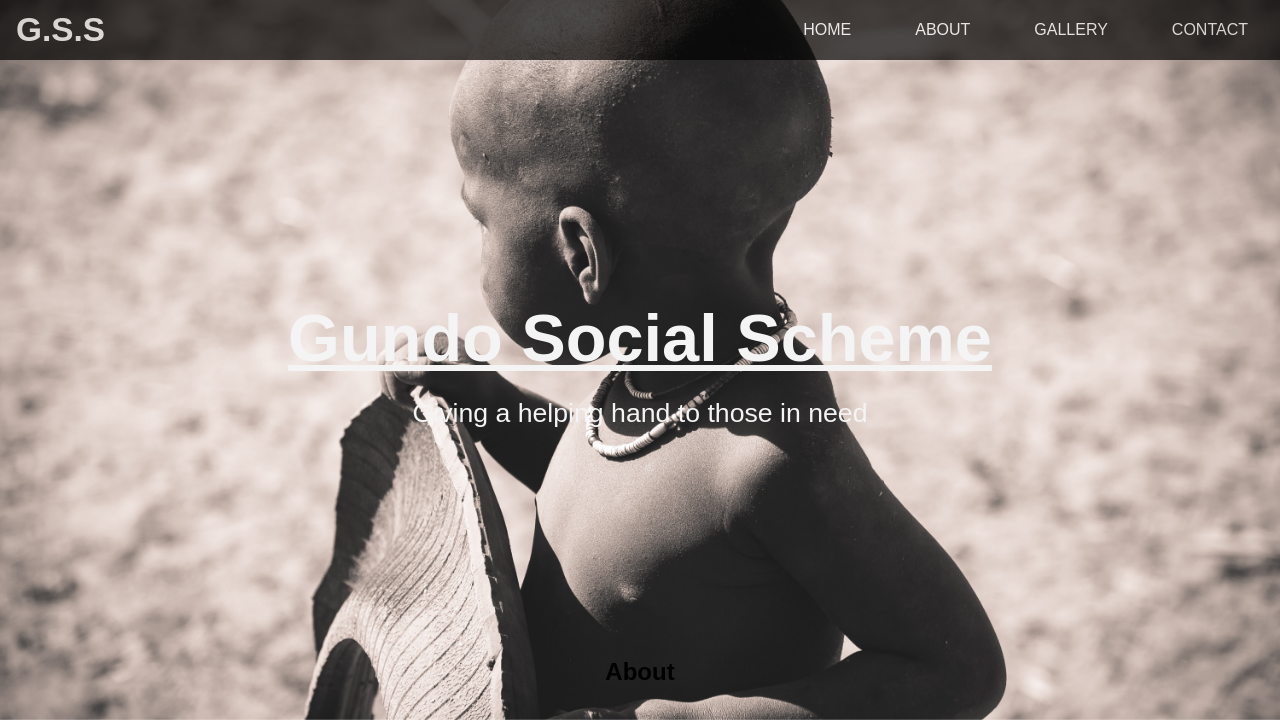
Repository: blessingNtoko/gss-basic_website
Page: index.html
The author's editor kept a copy of each file at every save. The page is drawn from the files as they stood at one save, then again after the next save.
The browser window is 1280 px wide. The pictures show the part of the page from y = 0 to 952 px (the page is 720 px tall before and 3522 px after).
Pictures or frames that could not be fetched are drawn as grey boxes. An inner scrolling area shows only its first screen. Backgrounds fixed to the window are drawn as part of the page.

Above is the page before, as saved 2020-05-13 19:46:30.

After the next save:
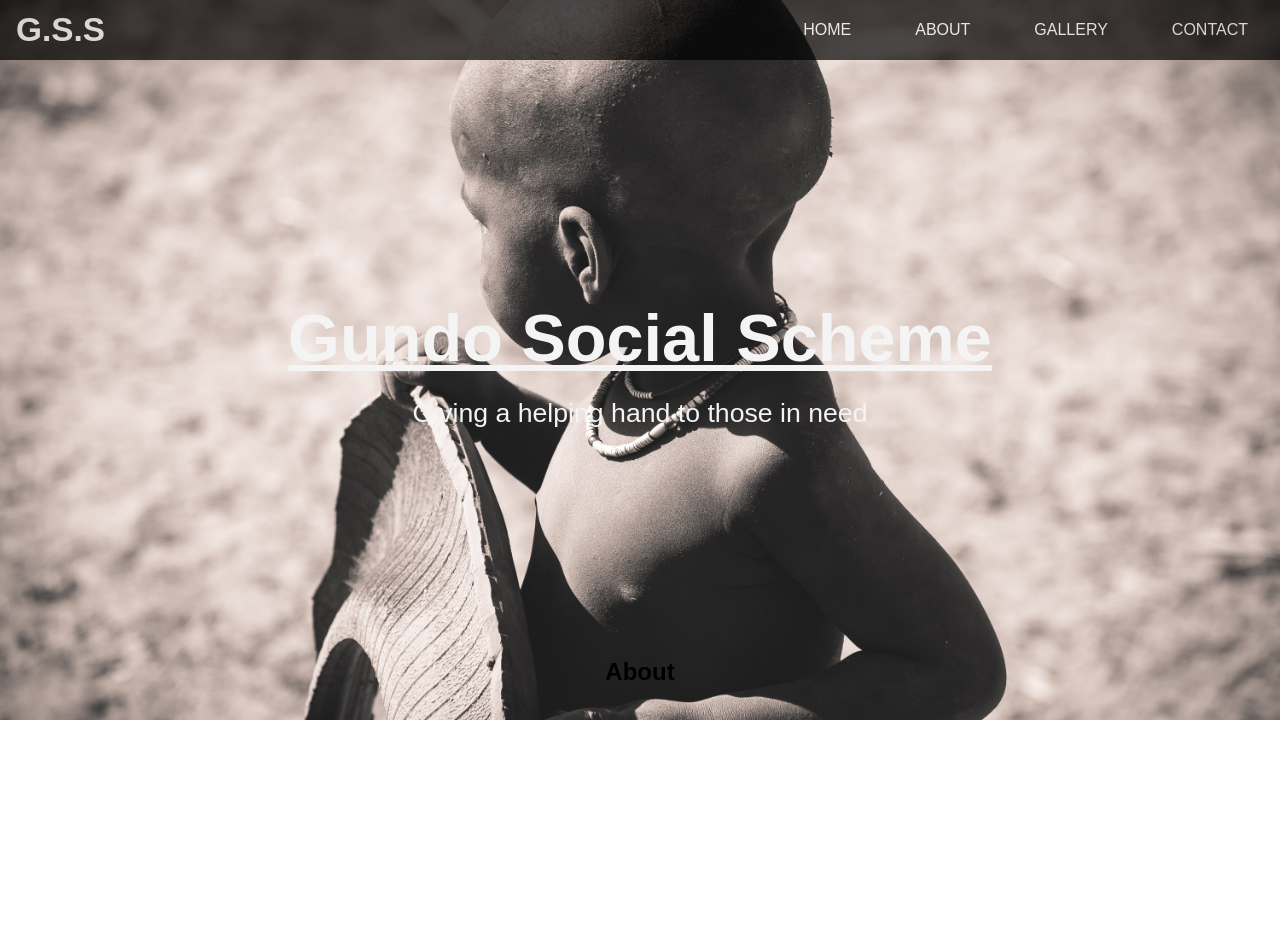
Saved 12 s later.
--- a/style.css
+++ b/style.css
@@ -196,7 +196,7 @@
 }
 
 #contact .col1 {
-    position: fixed;
+    position: absolute;
     left: 1rem;
     text-align: center;
 }

After the save that followed:
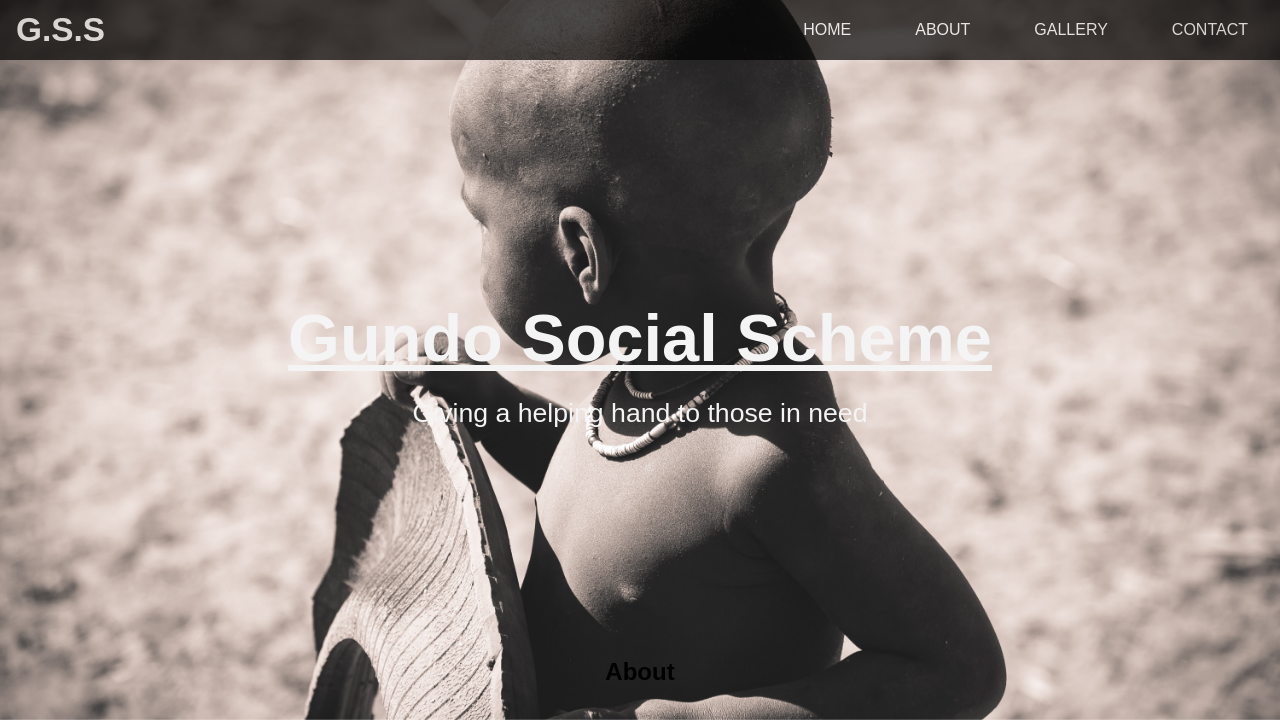
Saved 17 s later.
--- a/style.css
+++ b/style.css
@@ -196,8 +196,6 @@
 }
 
 #contact .col1 {
-    position: absolute;
-    left: 1rem;
     text-align: center;
 }
 
